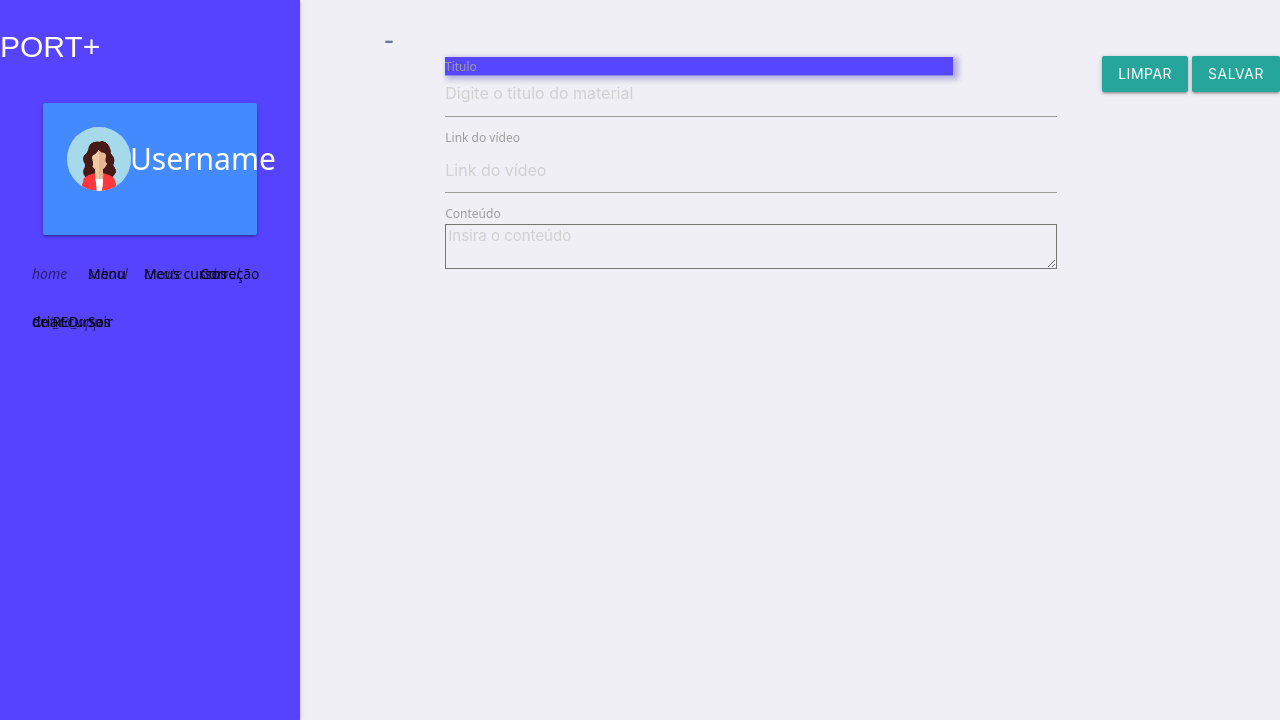
Repository: LauraMViana/Port-plus
Page: http://localhost/testMat
An editor plug-in stored every save of this project. The page is shown before and after the next save, followed by the edit.
The browser window is 1280 px wide. The pictures show the whole page.
The page is this project's Thymeleaf template; nobody is signed in. The template is opened directly, without the code that normally fills it, so the values that code supplies are empty.

Above is the page before, as saved 2021-11-11 16:03:48.

### port/src/main/resources/templates/testMat.html
<!DOCTYPE html >
<html xmlns:th="http://www.thymeleaf.org">
<head>
<meta charset="UTF-8">
<!-- Compiled and minified CSS -->
<link rel="stylesheet"
	href="https://cdnjs.cloudflare.com/ajax/libs/materialize/1.0.0/css/materialize.min.css">
<link href="https://fonts.googleapis.com/icon?family=Material+Icons"
	rel="stylesheet">
<link rel="stylesheet" href="/Style.css">
<title>PortPlus</title>
</head>
<body>
	<div class="tela-geral">
		<div th:insert="~{sideNav :: menu}"></div>

		<div class="container right tela-sobreposta">
			<h4>
				<span th:text="${modulo.id}"></span>-<span
					th:text="${modulo.tituloMod}"></span>
			</h4>

			<form
				th:action="@{/portPlus/acesso/{idC}/{idMod} (idC=${curso.id},idMod=${modulo.id})}"
				method="post">
				<div class="input-field col s9">
					<input placeholder="Digite o titulo do material" id="titulo"
						type="text" class="validate" th:field="${material.tituloMat}">
					<label for="titulo" class="active">Titulo</label>
					<div>
						<label for="mv">Link do vídeo</label><input
							placeholder="Link do vídeo" id="mv" type="text" class="validate"
							th:field="${material.video}">
					</div>
					<div>
						<label for="mc">Conteúdo</label>
						<textarea placeholder="Insira o conteúdo" id="mc" class="validate"
							th:field="${material.conteudo}"></textarea>
					</div>
				</div>
				<div class="right-align">
					<button class="btn waves-effect waves-light align-center"
						type="reset" name="action">Limpar</button>
					<button class="btn waves-effect waves-light align-center"
						type="submit" name="action">Salvar</button>
				</div>
			</form>
		</div>
	</div>
</body>
</html>

### port/src/main/resources/templates/sideNav.html
<!DOCTYPE html >
<html xmlns:th="http://www.thymeleaf.org">
<head>
<meta charset="UTF-8">
<!-- Compiled and minified CSS -->
<link rel="stylesheet"
	href="https://cdnjs.cloudflare.com/ajax/libs/materialize/1.0.0/css/materialize.min.css">
<link href="https://fonts.googleapis.com/icon?family=Material+Icons"
	rel="stylesheet">
<link rel="stylesheet" href="/Style.css">
<title>PortPlus</title>
</head>
<body>
	<div th:fragment="menu">
		<ul id="slide-out" class="sidenav sidenav-fixed">
			<li>
				<div class="brand-logo">
					<h4 class="white-text">PORT+</h4>
				</div>
				<div class="user-view">
					<!--  add link-->
					<div class="col s12 m8 offset-m2 l6 offset-l3">
						<div class="card-panel blue accent-2">
							<div class="row valign-wrapper">
								<div class="col s4">
									<img src="/Imagens/usuario.png" class="circle">
								</div>
								<div class="col s10">
									<span class="white-text"><strong>Username</strong> </span>
								</div>
							</div>
						</div>
					</div>
				</div>
			</li>
			<li><a href="/"><i class="material-icons">home </i>Menu</a></li>
			<li><a href="/"><i class="material-icons">school </i>Meus
					cursos</a></li>
			<li><a href="/"><i class="material-icons">create </i>Correção
					de RED</a></li>
			<li><a href="portPlus/criarCurso"><i class="material-icons">school
				</i>Criar cursos</a></li>
			<li><a href="/"><i class="material-icons">exit_to_app</i>Sair</a></li>
		</ul>
		<a href="#" data-target="slide-out" class="sidenav-trigger"><i
			class="material-icons">menu</i></a>

	</div>
	<script
		src="https://cdnjs.cloudflare.com/ajax/libs/materialize/1.0.0/js/materialize.min.js"></script>
	<script>
		document.addEventListener('DOMContentLoaded', function() {
			var side = document.querySelectorAll('.sidenav');
			M.Sidenav.init(side);
		});
	</script>
</body>
</html>

### port/src/main/resources/static/Style.css
/* Laura */
body {
	margin: 0px;
	padding: 0px;
	background-color: #efeff5;
	font-family: system-ui;
}

.clearfix {
	clear: both;
}

.logo {
	margin: 0px;
	margin-left: 28px;
	font-weight: bold;
	color: white;
	margin-bottom: 30px;
}

.sidenav {
	height: 100%;
	width: 300px;
	position: fixed;
	z-index: 1;
	top: 0;
	left: 0;
	background-color: #5643ff;
	overflow: hidden;
	padding-top: 30px;
	transition: ease-in-out 0.3s;
}

.menu {
	float: right;
	margin-right: 20px;
	cursor: pointer;
}

.logo1 {
	margin: 0px;
	margin-left: 20px;
	font-weight: bold;
	color: white;
	margin-bottom: 50px;
	display: none;
	cursor: pointer;
}

.menu1 {
	float: left;
	display: none;
}

.sidenav a {
	padding: 15px 8px 15px 32px;
	text-decoration: none;
	font-size: 20px;
	color: #d8d8d8;
	display: block;
}

.sidenav a:hover {
	color: #f1f1f1;
	background-color: #2c1ed6;
}

.sidenav {
	top: 0;
	right: 25px;
	font-size: 30px;
}

#main {
	padding: 16px;
	margin-left: 300px;
}

.head {
	padding: 0px 6px;
	border-bottom: 1px solid #d6d6d8b8;
	padding-bottom: 10px;
}

.col-div-6 {
	width: 50%;
	float: left;
}

.login p {
	color: #6c7293;
	font-weight: 500;
	margin-left: 35px;
	margin-top: 10px;
	font-size: 13.5px;
	background-color: white;
	padding: 10px;
	border-radius: 25px;
	padding-left: 35px;
	width: 80px;
	float: right;
	cursor: pointer;
}

.profile {
	display: inline-block;
	float: right;
	width: 160px;
}

.pro-img {
	float: left;
	width: 40px;
	margin-top: 8px;
	margin-left: 20px;
}

.profile p {
	color: #6c7293;
	font-weight: 500;
	margin-left: 35px;
	margin-top: 10px;
	font-size: 13.5px;
	background-color: white;
	padding: 10px;
	border-radius: 25px;
	padding-left: 35px;
	cursor: pointer;
}

.dots {
	margin-left: 10px;
}

.profile-div {
	background-color: white;
	width: 160px;
	border: 1px solid #ddd;
	padding: 10px 0px;
	right: 2%;
	border-radius: 5px;
	position: absolute;
	z-index: 9;
	display: none;
}

.profile-div:after {
	content: '';
	position: absolute;
	height: 10px;
	width: 10px;
	background-color: white;
	top: -6px;
	border-left: 1px solid #ddd;
	border-top: 1px solid #ddd;
	transform: rotate(45deg);
	right: 10%;
}

.profile-div p {
	margin: 0px;
	padding: 10px 20px;
}

.profile-div p:hover {
	margin: 0px;
	padding: 10px 20px;
	background-color: #5643ff;
	border-radius: 0px;
	color: white;
}

.notification-div {
	background-color: white;
	width: 240px;
	border: 1px solid #ddd;
	padding: 10px 0px;
	right: 16%;
	border-radius: 5px;
	top: 12%;
	position: absolute;
	z-index: 9;
	display: none;
}

.notification-div:after {
	content: '';
	position: absolute;
	height: 10px;
	width: 10px;
	background-color: white;
	top: -6px;
	border-left: 1px solid #ddd;
	border-top: 1px solid #ddd;
	transform: rotate(45deg);
	right: 10%;
}

.noti-head {
	display: block;
	margin: 0px;
	color: #6c7293;
}

.noti-head:hover {
	background-color: white !important;
	color: #6c7293 !important;
}

.noti-head span {
	position: absolute;
	right: 8%;
	top: 10%;
	background-color: #5643ff;
	padding: 1px 5px;
	color: white;
	border-radius: 20px;
}

.hr {
	margin: 0px;
	border: none;
	background-color: #ddd;
	height: 1px;
}

.notification-div p {
	margin: 0px;
	padding: 10px 20px;
	color: #6c7293;
}

.notification-div p span {
	font-size: 11px;
	display: block;
}

.notification-div p:hover {
	margin: 0px;
	padding: 10px 20px;
	background-color: #5643ff;
	border-radius: 0px;
	color: white;
}

.search-icon {
	position: absolute;
	right: 22%;
	top: 25px;
	background-color: white;
	padding: 13px;
	border-radius: 21px;
	color: #6c7293;
	cursor: pointer;
}

.noti-icon {
	position: absolute;
	right: 17%;
	top: 25px;
	background-color: #5643ff;
	padding: 13px;
	border-radius: 21px;
	color: #fff;
	cursor: pointer;
}

.noti-icon:after {
	content: '';
	height: 5px;
	width: 5px;
	border-radius: 5px;
	top: 5px;
	left: 20px;
	position: absolute;
	background-color: red;
}

.col-div-4-1 {
	width: 33.3%;
	float: left;
}

.box {
	width: 88%;
	height: 480px;
	background-color: #ffffff;
	margin-left: 10px;
	padding: 10px;
	box-shadow: 2px 5px 10px #ddd;
	position: relative;
}

.box p {
	color: #6c7293;
	font-weight: 500;
	padding-left: 10px;
}

.number {
	font-size: 35px;
	margin-bottom: 0px;
	margin-top: 20px;
}

.percent {
	margin: 0px;
	font-size: 14px;
	color: #37bf37 !important;
}

.percent span {
	font-size: 12px;
	color: #9398b1;
	padding-left: 3px;
}

.head-1 {
	font-size: 18px !important;
	margin: 10px 0px;
	color: #6c7293;
}

.head-1 span {
	float: right;
	background-color: #5643ff;
	color: white;
	padding: 3px 10px;
	font-size: 15px;
}

.box-icon {
	font-size: 20px !important;
	margin-top: 35px !important;
	color: #5643ff;
	padding-right: 10px;
	background-color: #efeff5;
	padding: 15px;
	border-radius: 25px;
	position: absolute;
	right: 16px;
	top: -18px;
}

.box-1 {
	width: 88%;
	height: 282px;
	background-color: #ffffff;
	margin-left: 10px;
	padding: 10px;
	box-shadow: 2px 5px 10px #ddd;
	position: relative;
}

.m-box {
	color: #6c7293;
	position: relative;
	padding: 0px 12px;
}

.active {
	background-color: #5646ff;
	color: white;
	box-shadow: 4px 3px 7px 3px #3226ad54;
}

.active .no-1 {
	color: #ddd !important;
}

.m-box p {
	display: inline-block;
	margin: 10px 0px;
}

.no {
	position: absolute !important;
	top: 21px;
	right: 15px;
	font-weight: 500;
}

.no-1 {
	font-size: 12px;
	color: #9398b1;
}

.act-p {
	font-size: 13px;
	color: #6c7293;
}

.act-p .fa {
	color: orange !important;
}

.content-box-1 {
	padding: 0px 10px;
}

.col-div-12 {
	width: 100%;
}

.col-div-4 {
	width: 30%;
	float: left;
}

.content-box {
	padding: 20px;
}

.content-box p {
	margin: 0px;
	font-size: 20px;
	color: #6c7293;
}

.content-box p span {
	float: right;
	background-color: #5643ff;
	color: white;
	padding: 3px 10px;
	font-size: 15px;
}

.box-8 {
	width: 97.8%;
	background-color: #fff;
	height: 330px;
}

.nav {
	font-size: 30px;
	cursor: pointer;
	color: #6c7293;
	margin: 11px 0px;
}

.box-8 {
	margin-left: 10px;
}

td, th {
	border: 1px solid #dddddd;
	text-align: left;
	padding: 10px;
}

tr:nth-child(even) {
	background-color: #5643ff29;
	color: #6c7293 !important;
}

.circle-wrap {
	margin: 50px auto;
	width: 150px;
	height: 150px;
	background: #e6e2e7;
	border-radius: 50%;
}

.circle-wrap .circle .mask, .circle-wrap .circle .fill {
	width: 150px;
	height: 150px;
	position: absolute;
	border-radius: 50%;
}

.circle-wrap .circle .mask {
	clip: rect(0px, 150px, 150px, 75px);
}

.circle-wrap .circle .mask .fill {
	clip: rect(0px, 75px, 150px, 0px);
	background-color: #5646ff;
}

.circle-wrap .circle .mask.full, .circle-wrap .circle .fill {
	animation: fill ease-in-out 3s;
	transform: rotate(126deg);
}

@
keyframes fill { 0% {
	transform: rotate(0deg);
}

100










%
{
transform










:










rotate








(










126deg










)








;
}
}
.circle-wrap .inside-circle {
	width: 130px;
	height: 130px;
	border-radius: 50%;
	background: #fff;
	line-height: 130px;
	text-align: center;
	margin-top: 10px;
	margin-left: 10px;
	position: absolute;
	z-index: 100;
	font-weight: 700;
	font-size: 2em;
	color: #6c7293;
}

/* Thais */
h1 {
	font-weight: 400;
	font-family: Century Gothic, Arial, Helvetica, sans-serif;
	color: #6c7293;
	font-size: calc(1.044375rem + 1.7325vw);
}

h4, h6 {
	font-weight: 100;
	font-family: Century Gothic, Arial, Helvetica, sans-serif;
	color: #6c7293;
	font-size: 30px;
	margin: 0px;
}

a {
	text-decoration: none;
}

#btn {
	text-align: right;
}

/*Apresente material  */
.mod-title {
	font-size: 30px;
	color: #d8d8d8;
}

/* Index  */
.box-mod {
	width: 88%;
	height: 30px;
	background-color: #dfdfdf;
	margin-left: 10px;
	padding: 10px;
	position: relative;
	margin-left: 10px;
	padding: 10px;
	border-top: 1px solid #d7dfe3;
	margin-left: 10px;
	margin-bottom: 15px;
}

.box-mod p {
	color: #6c7293;
	font-weight: 500;
	margin: 0px;
	padding: 10px;
	width: 105px;
	margin-left: 90px;
}
/* blocos de curso ou modulos  */
.col-div-4-2 {
	width: 25%;
	float: left;
}

.card.small .card-image+.card-content, .card.medium .card-image+.card-content,
	.card.large .card-image+.card-content {
	max-height: 40%;
}

.card.small .card-content, .card.medium .card-content, .card.large .card-content
	{
	max-height: 100%;
	overflow: hidden;
}

.card .card-content {
	padding: 24px;
	border-radius: 0 0 2px 2px;
}

.card .card-image img {
	display: block;
	border-radius: 2px 2px 0 0;
	position: relative;
	left: 0;
	right: 0;
	top: 0;
	bottom: 0;
	width: 100%;
}

img {
	border-style: none;
}

.card.small .card-image, .card.medium .card-image, .card.large .card-image
	{
	max-height: 60%;
	overflow: hidden;
}

.card .card-image {
	position: relative;
}

.card.small {
	height: 300px;
}

.card.small, .card.medium, .card.large {
	position: relative;
}

.card {
	margin-left: 10px;
	box-shadow: 2px 5px 10px #ddd;
	position: relative;
	height: 250px;
	background-color: #fff;
	-webkit-transition: -webkit-box-shadow .25s;
	transition: -webkit-box-shadow .25s;
	transition: box-shadow .25s;
	transition: box-shadow .25s, -webkit-box-shadow .25s;
	border-radius: 2px;
}

.card {
	position: relative;
	margin: 0.5rem 0 1rem 0;
	background-color: #fff;
	-webkit-transition: -webkit-box-shadow .25s;
	transition: -webkit-box-shadow .25s;
	transition: box-shadow .25s;
	transition: box-shadow .25s, -webkit-box-shadow .25s;
	border-radius: 2px;
}

.image {
	display: block;
	position: relative;
	left: 0;
	right: 0;
	top: 0;
	bottom: 0;
	width: 100%;
	max-height: 70%;
	overflow: hidden;
	max-height: 70%;
	right: 0;
	top: 0;
	bottom: 0;
}

.card {
	margin-left: 10px;
	box-shadow: 2px 5px 10px #ddd;
	position: relative;
	height: 250px;
	background-color: #fff;
	-webkit-transition: -webkit-box-shadow .25s;
	transition: -webkit-box-shadow .25s;
	transition: box-shadow .25s;
	transition: box-shadow .25s, -webkit-box-shadow .25s;
	border-radius: 2px;
}

.card-title-mod {
	display: block;
	line-height: 32px;
	margin-bottom: 8px;
	font-size: 24px;
	font-weight: 300;
}
/* descriçao do curso  */
.mod-d {
	font-size: 18px !important;
	margin: 10px 0px;
	color: #6c7293;
	text-align: justify;
}

/* Pag apresentação Material */
aside {
	width: 260px;
	float: right;
	margin-right: 20px;
	border: 1px solid black;
}

.conteudo {
	padding-left: 15px;
	width: 700px;
	float: left;
	height: 415px;
	text-align: justify;
}

.card.lista {
	background-color: #5643ff;
	width: 259.5px;
	height: 50px;
	text-align: center;
	padding: 5px 0px 5px 0px;
	margin: 0px;
}

.lista li {
	padding: 15px 8px 15px 32px;
	text-decoration: none;
	font-size: 20px;
	color: #d8d8d8;
	display: block;
	text-align: justify;
}

.lista li:hover {
	color: #f1f1f1;
	background-color: #5643ff;
}

.lista a:hover {
	color: #f1f1f1;
	background-color: #5643ff;
}

ul {
	padding: 0px;
	margin: 0px;
	list-style-type: none;
}

textarea.materialize-textarea.texto {
	height: 12rem;
}

input:not([type]), input[type="text"]:not(.browser-default), input[type="url"]:not(.browser-default),
	input[type="number"]:not(.browser-default), textarea.materialize-textarea
	{
	background-color: transparent;
	border-top-width: initial;
	border-right-width: initial;
	border-left-width: initial;
	border-top-color: initial;
	border-right-color: initial;
	border-left-color: initial;
	height: 3rem;
	width: 100%;
	font-size: 16px;
	box-shadow: none;
	box-sizing: content-box;
	border-style: none none solid;
	border-image: initial;
	border-bottom: 1px solid rgb(158, 158, 158);
	border-radius: 0px;
	outline: none;
	margin: 0px 0px 8px;
	padding: 0px;
	transition: box-shadow 0.3s ease 0s, border 0.3s ease 0s,
		-webkit-box-shadow 0.3s ease 0s;
}

form {
	padding-left: 50px;
}

.dados-do-curso, .listarCriarMod {
	padding-left: 50px;
}

.s2 {
	width: 20%;
	display: inline;
}

.col.s3 {
	width: 25%;
	margin-left: auto;
	left: auto;
	right: auto;
}

.col.s4 {
	width: 33.3333333333%;
	margin-left: auto;
	left: auto;
	right: auto;
}

.col.s5 {
	width: 41.6666666667%;
	margin-left: auto;
	left: auto;
	right: auto;
}

.col.s6 {
	width: 50%;
	margin-left: auto;
	left: auto;
	right: auto;
}

.col.s9 {
	width: 75%;
	margin-left: auto;
	left: auto;
	right: auto;
}

.col.s12 {
	width: 100%;
	margin-left: auto;
	left: auto;
	right: auto;
}

.col.s12.cont {
	padding-bottom: 20px;
}

.col {
	float: left;
	-webkit-box-sizing: border-box;
	box-sizing: border-box;
	padding: 0 0.75rem;
	min-height: 1px;
}

.s10 {
	width: 80%;
	margin-left: auto;
	left: auto;
	right: auto;
}

.btn {
	text-decoration: none;
	color: #fff;
	background-color: #26a69a;
	text-align: center;
	letter-spacing: .5px;
	-webkit-transition: background-color .2s ease-out;
	transition: background-color .2s ease-out;
	cursor: pointer;
	border: none;
	border-radius: 2px;
	display: inline-block;
	height: 36px;
	line-height: 36px;
	padding: 0 16px;
	text-transform: uppercase;
	font-size: 14px;
	outline: 0;
	font-size: 14px;
}

.waves-effect {
	position: relative;
	cursor: pointer;
	display: inline-block;
	overflow: hidden;
	-webkit-user-select: none;
	-moz-user-select: none;
	-ms-user-select: none;
	user-select: none;
	-webkit-tap-highlight-color: transparent;
	vertical-align: middle;
	z-index: 1;
	-webkit-transition: .3s ease-out;
	transition: .3s ease-out;
}

.modal.modal-fixed-footer {
	padding: 0;
	height: 70%;
}

.modal {
	display: none;
	position: fixed;
	left: 0;
	right: 0;
	background-color: #fafafa;
	padding: 0;
	max-height: 70%;
	width: 55%;
	margin: auto;
	overflow-y: auto;
	border-radius: 2px;
	will-change: top, opacity;
}

.modal.modal-fixed-footer {
	padding: 0;
	height: 70%;
}

.modal {
	display: none;
	position: fixed;
	left: 0;
	right: 0;
	background-color: #fafafa;
	padding: 0;
	max-height: 70%;
	width: 55%;
	margin: auto;
	overflow-y: auto;
	border-radius: 2px;
	will-change: top, opacity;
}

.z-depth-5, .modal {
	-webkit-box-shadow: 0 24px 38px 3px rgb(0 0 0/ 14%), 0 9px 46px 8px
		rgb(0 0 0/ 12%), 0 11px 15px -7px rgb(0 0 0/ 20%);
	box-shadow: 0 24px 38px 3px rgb(0 0 0/ 14%), 0 9px 46px 8px
		rgb(0 0 0/ 12%), 0 11px 15px -7px rgb(0 0 0/ 20%);
}

.collapsible {
	border-top: 1px solid #ddd;
	border-right: 1px solid #ddd;
	border-left: 1px solid #ddd;
	margin: 0.5rem 0 1rem 0;
}

.collapsible-header {
	display: -webkit-box;
	display: -webkit-flex;
	display: -ms-flexbox;
	display: flex;
	-webkit-tap-highlight-color: transparent;
	line-height: 1.5;
	padding: 1rem;
	background-color: #fff;
	border-bottom: 1px solid #ddd;
	display: -webkit-box;
	display: -webkit-flex;
	display: -ms-flexbox;
	display: flex;
	cursor: pointer;
	-webkit-tap-highlight-color: transparent;
	line-height: 1.5;
	padding: 1rem;
	background-color: #fff;
	border-bottom: 1px solid #ddd;
}

.optCont {
	display: inline-block;
	float: right;
	width: 160px;
}

.optCont a {
	cursor: pointer;
}

.opt {
	background-color: white;
	width: 100px;
	border: 1px solid #ddd;
	padding: 10px 0px;
	right: 10%;
	border-radius: 5px;
	position: absolute;
	z-index: 9;
	display: none;
}

.opt p {
	margin: 0px;
	padding: 10px 20px;
}

.opt p:hover {
	margin: 0px;
	padding: 10px 20px;
	background-color: #5643ff;
	border-radius: 0px;
	color: white;
}

.modal.modal-fixed-footer {
	height: 40%;
	width: 40%;
}

.modal .modal-content {
	padding: 65px 24px 24px 75px;
}

After the next save:
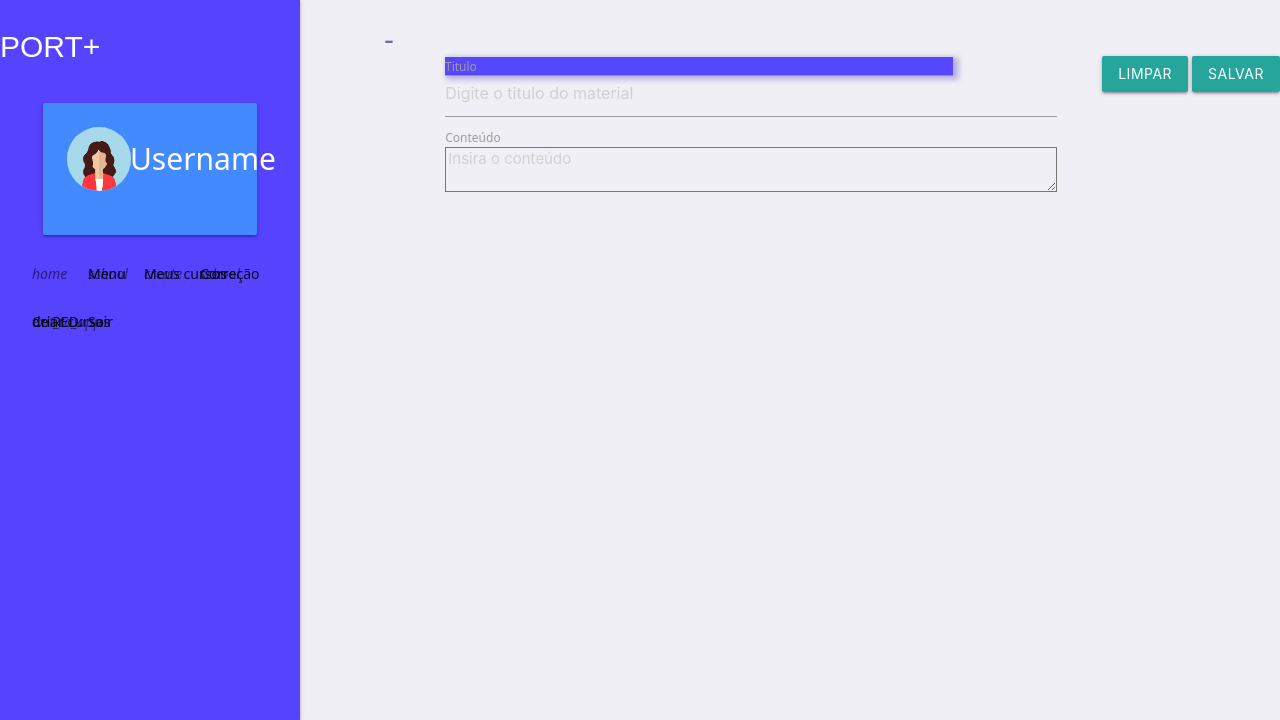
Saved 2 min 21 s later.
--- a/port/src/main/resources/templates/testMat.html
+++ b/port/src/main/resources/templates/testMat.html
@@ -27,11 +27,11 @@
 					<input placeholder="Digite o titulo do material" id="titulo"
 						type="text" class="validate" th:field="${material.tituloMat}">
 					<label for="titulo" class="active">Titulo</label>
-					<div>
+					<!-- <div>
 						<label for="mv">Link do vídeo</label><input
 							placeholder="Link do vídeo" id="mv" type="text" class="validate"
 							th:field="${material.video}">
-					</div>
+					</div> -->
 					<div>
 						<label for="mc">Conteúdo</label>
 						<textarea placeholder="Insira o conteúdo" id="mc" class="validate"
